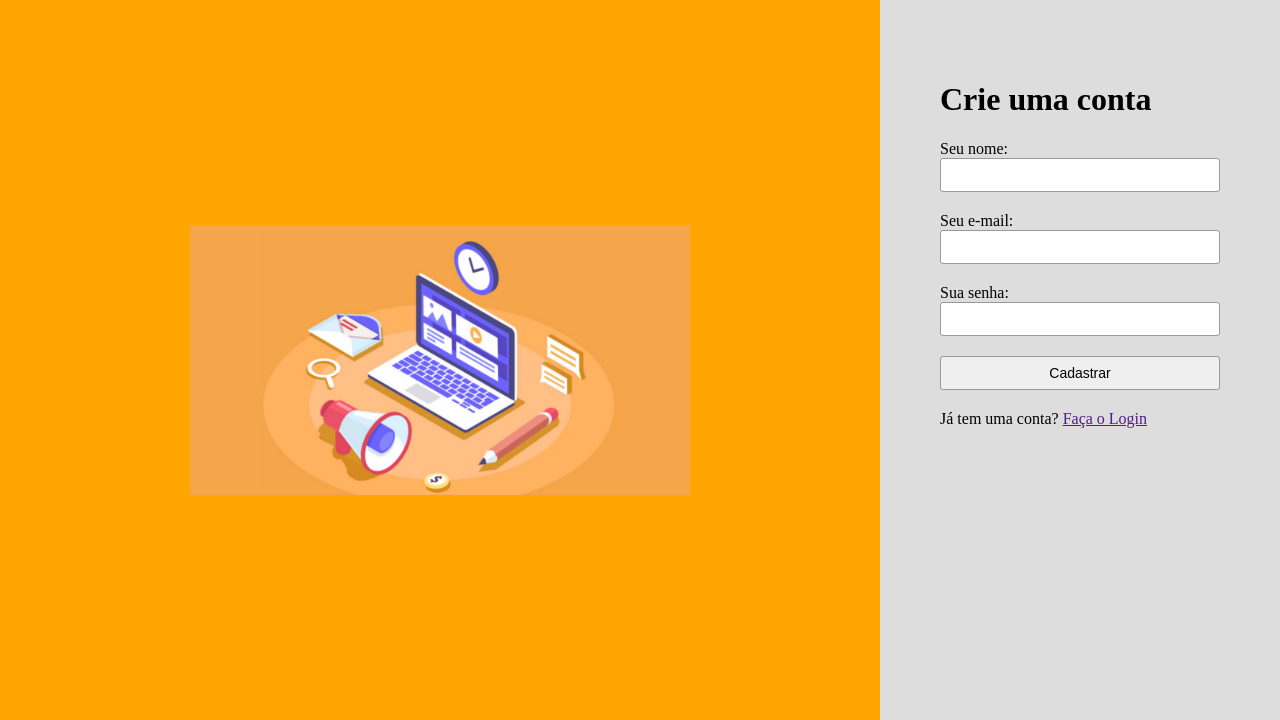
Repository: rafavirginio/tela-de-login
Page: index.html
The author's editor kept a copy of each file at every save. The page is drawn from the files as they stood at one save, then again after the next save.
The browser window is 1280 px wide. The pictures show the whole page.

Above is the page before, as saved 2020-09-15 18:04:15.

After the next save:
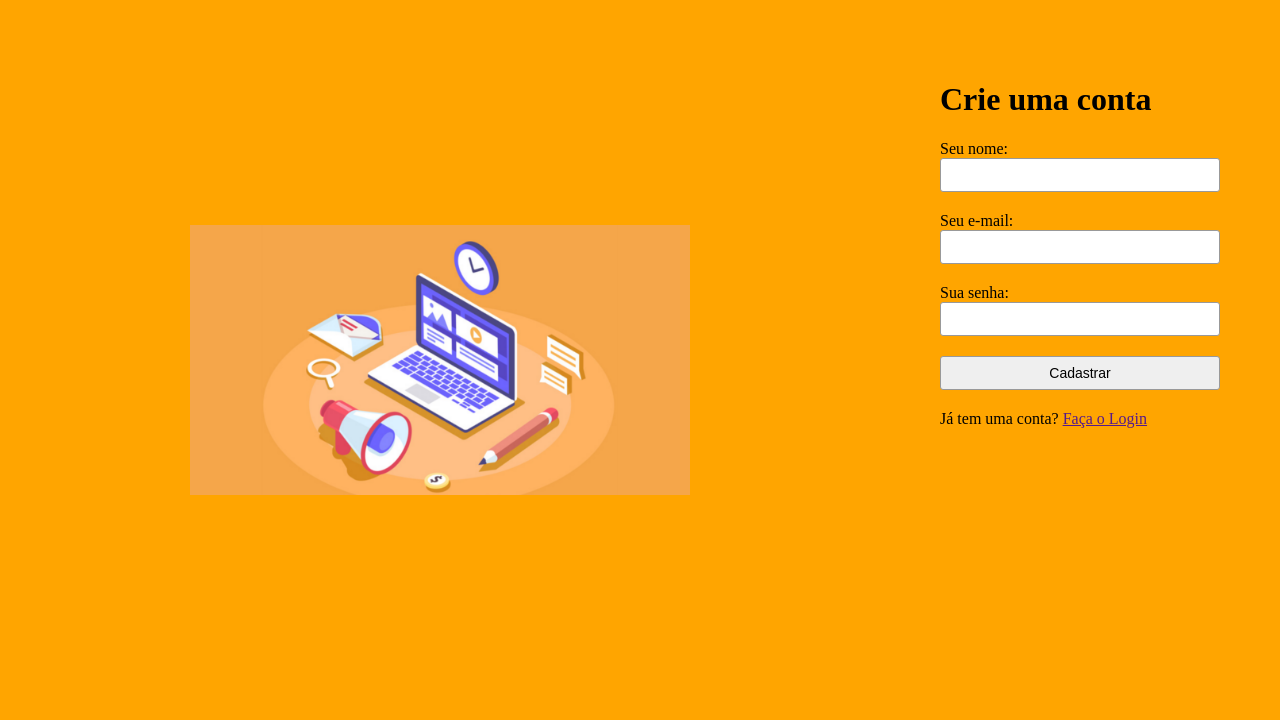
Saved 66 s later.
--- a/style.css
+++ b/style.css
@@ -28,7 +28,7 @@ body {
 
 .rightside {
     width: 400px;
-    background-color: #DDD;
+    background-color: orange;
     padding: 60px;
 }
 
